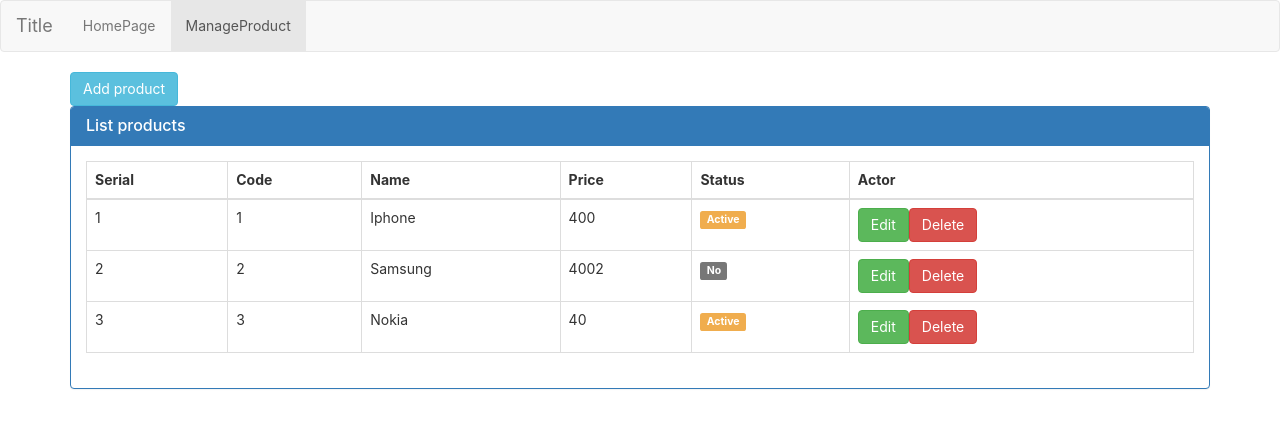
Repository: NguyenDuyLam/MockAPI_Redux_Axios
Page: /product-list
The author's editor kept a copy of each file at every save. The page is drawn from the files as they stood at one save, then again after the next save.
The browser window is 1280 px wide. The pictures show the whole page.
The page's requests for data from a server got no answer. The project was rebuilt for these pictures with package versions that can differ from the ones it lists, and the page was loaded fresh each time. No one was signed in, and anything a server would have sent is missing. Also part of the build but not shown: src/page/HomePage/HomePage.js, src/page/NotFoundPage/NotFoundPage.js, src/page/ProductActionPage/ProductActionPage.js.

Above is the page before, as saved 2020-04-29 12:04:20.

### src/index.js
import React from 'react';
import ReactDOM from 'react-dom';
import './index.css';
import App from './App';
import * as serviceWorker from './serviceWorker';
import {createStore } from 'redux';
import appReducers from './reducers/index';
import {Provider} from 'react-redux';

const store = createStore(
  appReducers
)



ReactDOM.render(
  <React.StrictMode>
    <Provider store={store}>
    <App />
    </Provider>

  </React.StrictMode>,
  document.getElementById('root')
);

// If you want your app to work offline and load faster, you can change
// unregister() to register() below. Note this comes with some pitfalls.
// Learn more about service workers: https://bit.ly/CRA-PWA
serviceWorker.unregister();

### src/App.js
import React from "react";

import Menu from "./components/menu/Menu";

import routes from "./routes";
import { Switch, Route, BrowserRouter as Router } from "react-router-dom";
class App extends React.Component {
  render() {
    return (
      <Router>

          <Menu />
          <div className="container">
            <div className="row">

              {this.showContentsMenus(routes)}
            </div>
          </div>

      </Router>
    );
  }
  showContentsMenus = (routes) => {
    var result = null;
    if (routes.length > 0) {
      result = routes.map((route, index) => {
        return (
          <Route
            key={index}
            path={route.path}
            exact={route.exact}
            component={route.main}
          />
        );
      });
    }
    return <Switch>{result}</Switch>;
  };
}

export default App;

### src/reducers/index.js
import {combineReducers} from 'redux';
import products from './products';

const appReducers = combineReducers({
    products
})

export default appReducers;

### src/components/menu/Menu.js
import React from "react";
import {Link, Route} from 'react-router-dom';

const menus = [
  {
    name:"HomePage",
    to:'/',
    exact: true
  },
  {
    name: 'ManageProduct',
    to: '/product-list',
    exact: false
  }
]
const MenuLink = ({label, to, activeOnlyWhenExact}) => {
  return (
    <Route
      path={to}
      exact={activeOnlyWhenExact}
      children={({match}) => {
          let active = match ? 'active' : '';
          return (
            <li className={active}>
              <Link to={to} >
                {label}
              </Link>
            </li>
          )
      }}
    />
  )
}


class Menu extends React.Component {
  render() {
    return (
      <div className="navbar navbar-default">
        <a className="navbar-brand">Title</a>
        <ul className="nav navbar-nav">
         {this.showMenus(menus)}
        </ul>
      </div>
    );
  }
  showMenus = (menus) => {
    let result = null;
    if(menus.length > 0) {
      result = menus.map((menu, index) => {
        return (
          <MenuLink
            key = {index}
            label = {menu.name}
            to={menu.to}
            activeOnlyWhenExact={menu.exact}
          />
        )
      })
    }
    return result;
  }

}

export default Menu;

### src/routes.js
import React from 'react';
import HomePage from './page/HomePage/HomePage';
import NotFoundPage from './page/NotFoundPage/NotFoundPage';
import ProductListPage from './page/ProductListPage/ProductListPage';
import ProductActionPage from './page/ProductActionPage/ProductActionPage';
const routes = [
    {
        path: '/',
        exact: true,
        main: ({match}) => <HomePage  match={match}/>
    },
    {
        path: '/product-list',
        exact: false,
        main: ({match}) => <ProductListPage  match={match}/>
    },
    {
        path:'/product/add',
        exact: false,
        main: () => <ProductActionPage />
    },
    {
        path:'/product/:id/edit',
        exact: false,
        main: ({match}) => <ProductActionPage match={match} />
    },
    {
        path:'',
        exact: false,
        main: () => <NotFoundPage />
    }
]

export default routes;

### src/reducers/products.js
var initialState = [
    {
        id: 1,
        name: "Iphone",
        price: 400,
        status: true
    },
    {
        id: 2,
        name: "Samsung",
        price: 4002,
        status: false
    },
    {
        id: 3,
        name: "Nokia",
        price: 40,
        status: true
    }
];

const products = (state = initialState, action) => {
    switch(action.type) {
        default: return [...state]
    }
}

export default products;

### src/page/ProductListPage/ProductListPage.js
import React from "react";
import ProductList from "./../../components/productsList/ProductList";
import ProductItem from "./../../components/productsItem/ProductItem";
import {connect} from 'react-redux';
class ProductListPage extends React.Component {

  render() {
    var {products} = this.props;
    console.log(products)

    return (
      <div className="col-xs-12 col-sm-12 col-md-12 col-lg-12">
        <button type="button" className="btn btn-info">
          Add product
        </button>
        <ProductList>{this.showProducts(products)}</ProductList>
      </div>
    );
  }
  showProducts = (products) => {
    var result = null;
    if (products.length > 0) {
      result = products.map((product, index) => {
        return <ProductItem key={index} product={product} index={index} />;
      });
    }
    return result;
  };

}

const mapStateToProps = state => {
  return {
    products: state.products
  }
}

export default connect(mapStateToProps, null)(ProductListPage);

### src/components/productsList/ProductList.js
import React from "react";


class Menu extends React.Component {
  render() {
    return (
      <div className="panel panel-primary">
        <div className="panel-heading">
          <h3 className="panel-title">List products</h3>
        </div>
        <div className="panel-body">
          <table className="table table-bordered table-hover ">
            <thead>
              <tr>
                <th>Serial</th>
                <th>Code</th>
                <th>Name</th>
                <th>Price</th>
                <th>Status</th>
                <th>Actor</th>
              </tr>
            </thead>
            <tbody>
             {this.props.children}
            </tbody>
          </table>
        </div>
      </div>
    );
  }
}

export default Menu;

### src/components/productsItem/ProductItem.js
import React from "react";

class ProductItem extends React.Component {
  render() {
    let { product, index } = this.props;
    let statusName = product.status ? "Active" : "No";
    let statusClass = product.status ? "warning" : "default";
    return (
      <tr>
        <td>{index + 1}</td>
        <td>{product.id}</td>
        <td>{product.name}</td>
        <td>{product.price}</td>
        <td>
          <span className={`label label-${statusClass}`}>{statusName}</span>
        </td>
        <td>
          <button type="button" className="btn btn-success">
            Edit
          </button>
          <button type="button" className="btn btn-danger">
            Delete
          </button>
        </td>
      </tr>
    );
  }
}

export default ProductItem;

Loaded but not shown: public/index.html (common file); src/index.css (common file); src/serviceWorker.js (common file)

After the next save:
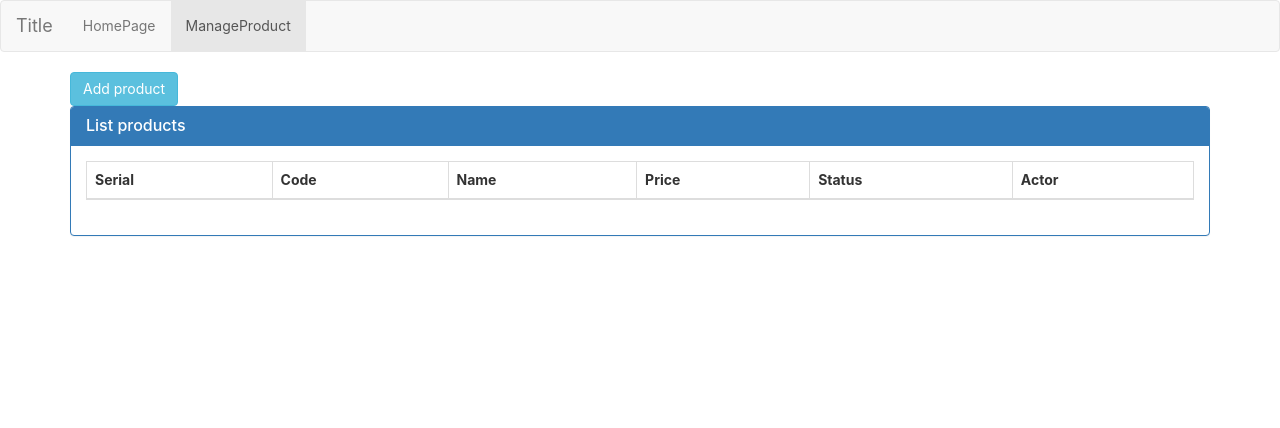
Saved 112 min 34 s later.
--- a/src/page/ProductListPage/ProductListPage.js
+++ b/src/page/ProductListPage/ProductListPage.js
@@ -2,12 +2,20 @@ import React from "react";
 import ProductList from "./../../components/productsList/ProductList";
 import ProductItem from "./../../components/productsItem/ProductItem";
 import {connect} from 'react-redux';
+import axios from 'axios';
 class ProductListPage extends React.Component {
 
   render() {
-    var {products} = this.props;
-    console.log(products)
-
+   axios({
+     method: "GET",
+     url:"https://5e8d8d5222d8cd0016a79676.mockapi.io/api/ListProducts",
+     data: null
+   }).then(res => {
+    console.log(res)
+   }).catch(err => {
+     console.log(err)
+   })
+    var products = []
     return (
       <div className="col-xs-12 col-sm-12 col-md-12 col-lg-12">
         <button type="button" className="btn btn-info">
